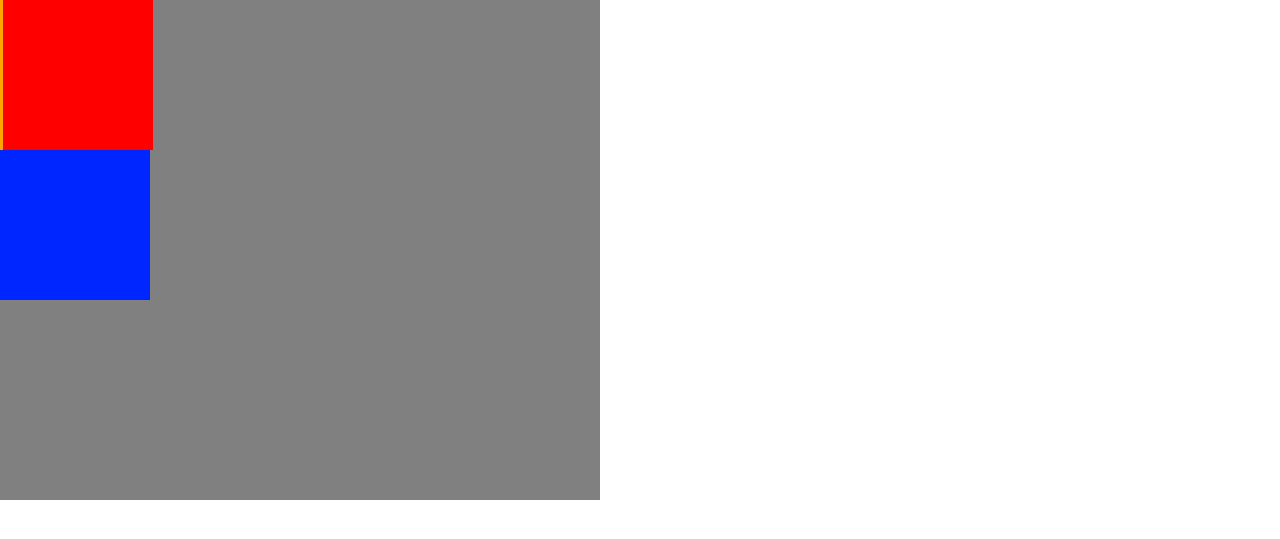
Repository: AytacSafarova/Task-12
Page: index.html
These files come from the project's save history. The page is drawn as it stood at one moment and after a run of saves; the edit follows.
The browser window is 1280 px wide. The pictures show the whole page.

Above is the page before, as saved 2023-07-27 09:14:06.

### index.html
<!DOCTYPE html>
<html lang="en">
<head>
  <meta charset="UTF-8">
  <meta name="viewport" content="width=device-width, initial-scale=1.0">
  <title>Document</title>
  <link rel="stylesheet" href="./index.css">
</head>
<body>
<div class="container">
  <div class="card"></div>
  <div class="card"></div>
  <div class="card"></div>
</div>

</body>
</html>

### index.css
*{
    margin: 0;
    padding: 0;
    box-sizing: border-box;
}

.container{
width: 600px;
height: 500px;
background-color: gray;
}
.card{
    width: 150px;
    height: 150px;
}
.card:nth-child(1){
    background-color: red;
    position: absolute;
    /* top: 30px; */
    /* left: 30px; */
    z-index: 0;
    margin-left: 3px;

}
.card:nth-child(2){
    background-color: orange;
    /* position: absolute; */
    z-index: 1;

}
.card:nth-child(3){
    background-color: rgb(0, 38, 255);
}

After the next 2 saves:
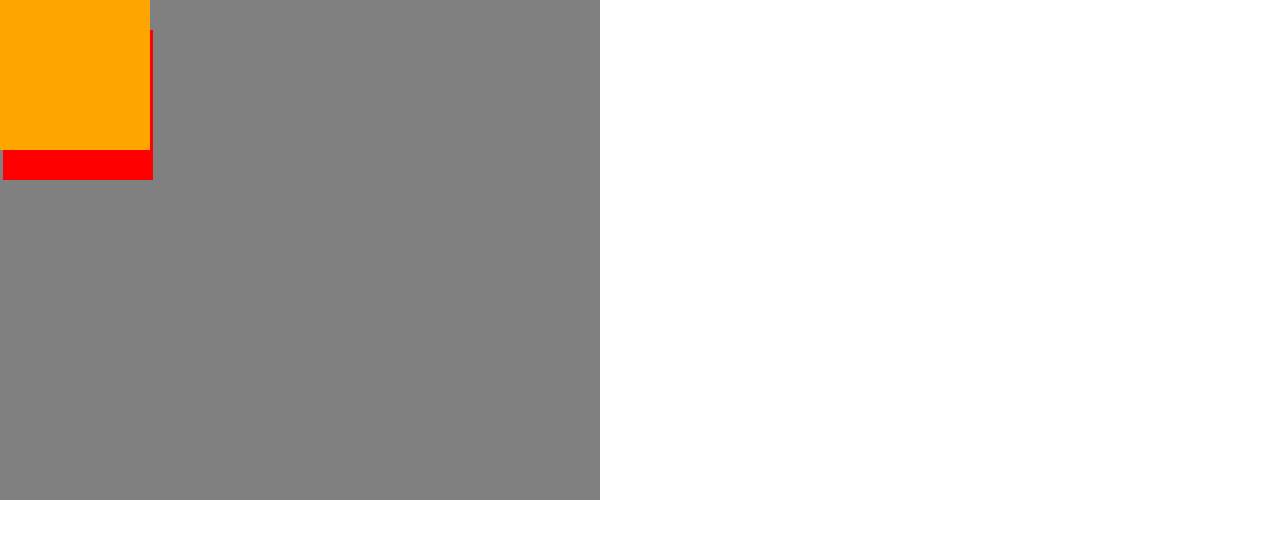
The 2 saves are shown as one change because they came seconds apart.
The last was saved 22 s later.
--- a/index.css
+++ b/index.css
@@ -16,7 +16,7 @@
 .card:nth-child(1){
     background-color: red;
     position: absolute;
-    /* top: 30px; */
+    top: 30px;
     /* left: 30px; */
     z-index: 0;
     margin-left: 3px;
@@ -24,7 +24,7 @@
 }
 .card:nth-child(2){
     background-color: orange;
-    /* position: absolute; */
+    position: absolute;
     z-index: 1;
 
 }
